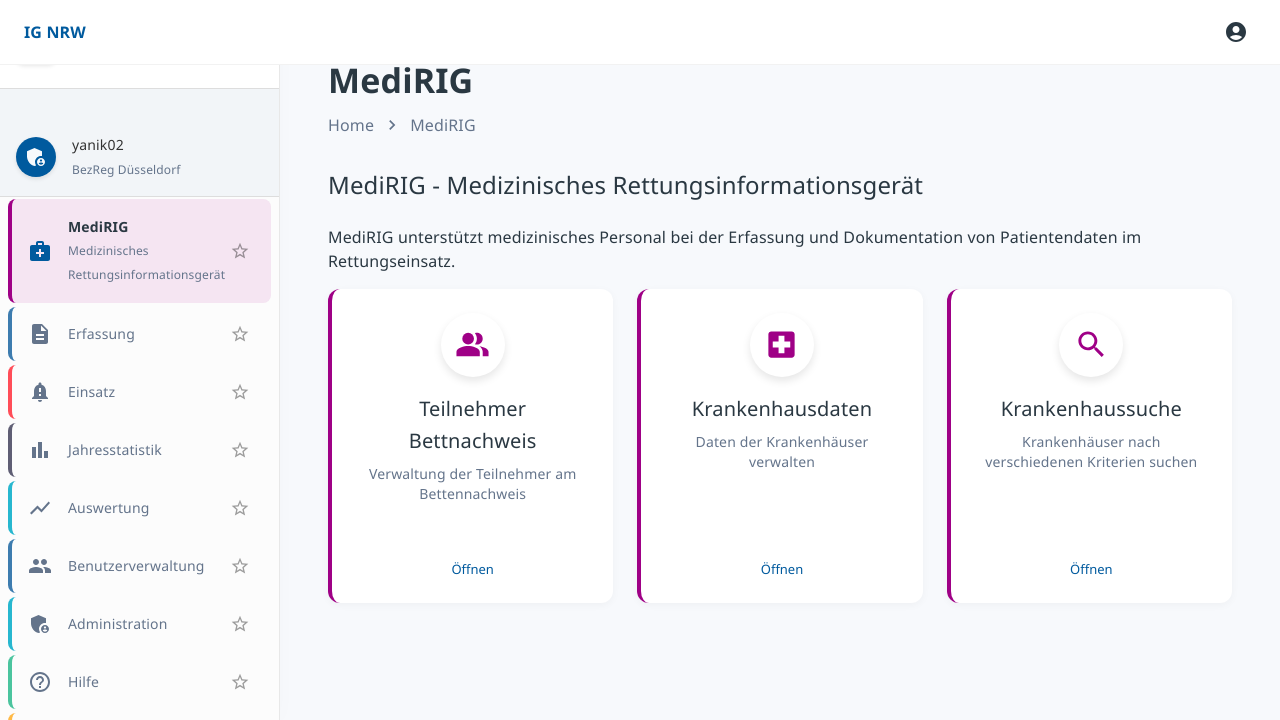
Repository: bynrw/sidebar
Page: /medirig
An editor plug-in stored every save of this project. The page is shown before and after the next save, followed by the edit.
The browser window is 1280 px wide. The pictures show the whole page.
The project was rebuilt for these pictures with package versions that can differ from the ones it lists, and the page was loaded fresh each time. Also part of the build but not shown: src/components/pages/HomePage.js, src/components/pages/Info.js, src/components/pages/Jahresstatistik.js.

Above is the page before, as saved 2025-04-23 10:41:26.

After the next save:
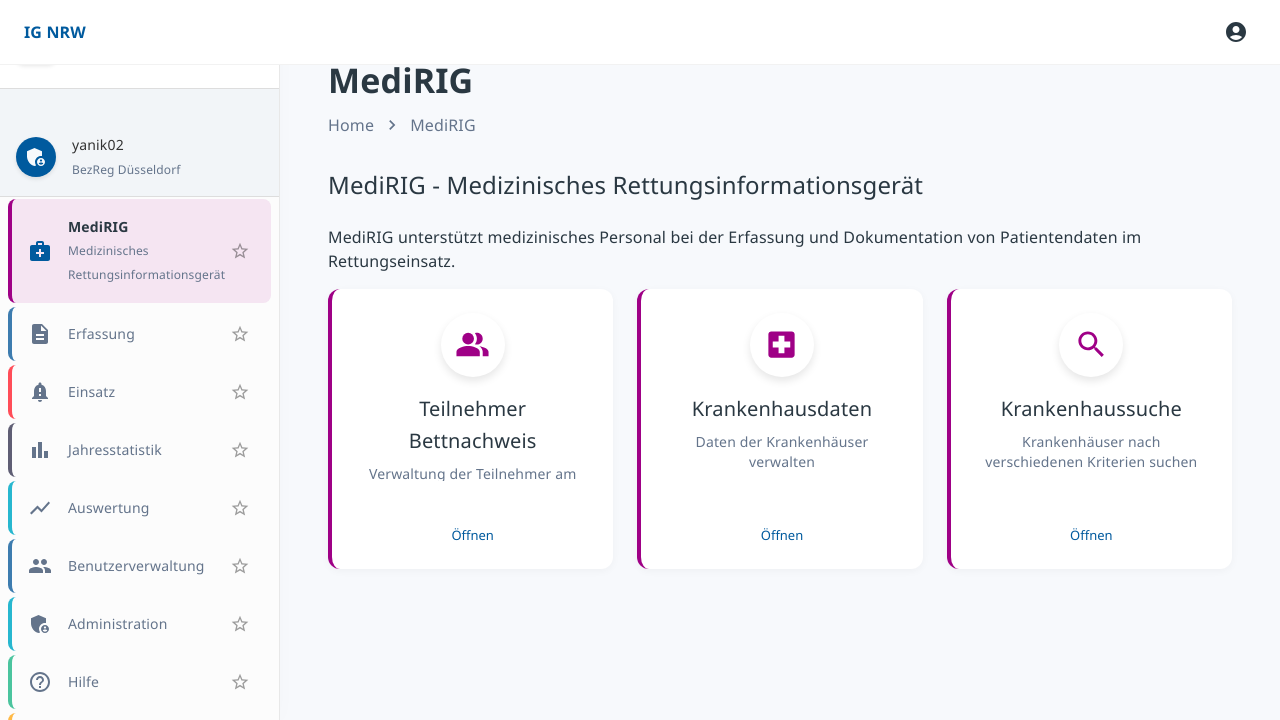
Saved 4 min 11 s later.
--- a/src/components/layout/CustomCard.js
+++ b/src/components/layout/CustomCard.js
@@ -41,8 +41,8 @@ const CustomCard = ({
       sx={{
         display: 'flex',
         flexDirection: 'column',
-        height: '100%',
-        minHeight: '280px',
+        height: '280px', // Feste Höhe statt minHeight
+        width: '100%',
         transition: 'transform 0.2s, box-shadow 0.2s',
         '&:hover': {
           transform: 'translateY(-5px)',
@@ -50,17 +50,20 @@ const CustomCard = ({
         },
         cursor: path || onClick ? 'pointer' : 'default',
         borderLeft: '4px solid',
-        borderColor: accentColor
+        borderColor: accentColor,
+        position: 'relative' // Für absolute Positionierung des Buttons
       }}
       onClick={handleClick}
     >
       <CardContent sx={{
         padding: 3,
-        flexGrow: 1,
+        flexGrow: 0,  // Verhindert, dass der Inhalt die Höhe verändert
         display: 'flex',
         flexDirection: 'column',
         alignItems: 'center',
-        textAlign: 'center'
+        textAlign: 'center',
+        height: path ? 'calc(100% - 48px)' : '100%', // Berücksichtigt Platz für CardActions
+        overflow: 'hidden' // Verhindert Überlauf statt Scrolling
       }}>
         {icon && (
           <Box sx={{
@@ -86,7 +89,14 @@ const CustomCard = ({
           {title}
         </Typography>
 
-        <Typography variant="body2" color="text.secondary" sx={{ mb: 2 }}>
+        <Typography variant="body2" color="text.secondary" sx={{
+          mb: 2,
+          // Falls nötig, Text nach 3 Zeilen abschneiden
+          display: '-webkit-box',
+          overflow: 'hidden',
+          WebkitBoxOrient: 'vertical',
+          WebkitLineClamp: 3
+        }}>
           {description}
         </Typography>
 
@@ -127,7 +137,13 @@ const CustomCard = ({
       </CardContent>
 
       {path && (
-        <CardActions sx={{ justifyContent: 'center', pb: 2 }}>
+        <CardActions sx={{
+          justifyContent: 'center',
+          pb: 2,
+          position: 'absolute',
+          bottom: 0,
+          width: '100%'
+        }}>
           <Button size="small" color="primary" onClick={() => navigate(path)}>
             Öffnen
           </Button>
